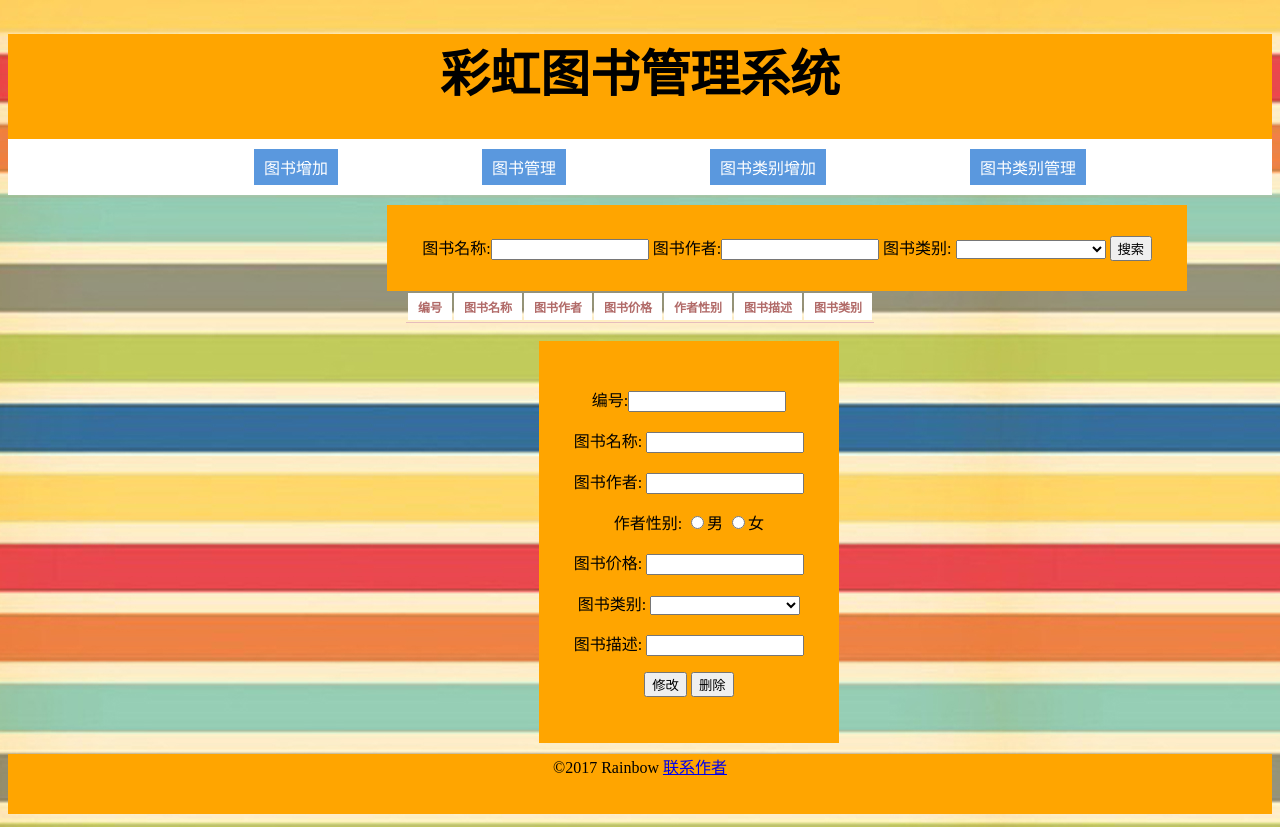
Repository: Rainbow-Chua/learningcode
Page: http://localhost/MyBookManager/BookManager.jsp
An editor plug-in stored every save of this project. The page is shown before and after the next save, followed by the edit.
The browser window is 1280 px wide. The pictures show the whole page.
The page is served by Tomcat 9. Other server files are loaded and not shown. Queries for data that is not in the repository find no rows.

Above is the page before, as saved 2017-11-23 13:40:39.

### MyBookManager/WebContent/BookManager.jsp
<%@ page language="java" contentType="text/html; charset=utf-8"
	pageEncoding="utf-8"%>
<%@ page language="java" import="java.util.*"%>
<%@ page import="java.sql.Connection"%>
<%@ page import="java.sql.ResultSet"%>
<%@ page import="com.rainbowpro.util.*"%>
<%@ page import="com.rainbowpro.dao.*"%>
<%@ page import="com.rainbowpro.model.*"%>
<!DOCTYPE html PUBLIC "-//W3C//DTD HTML 4.01 Transitional//EN" "http://www.w3.org/TR/html4/loose.dtd">
<html>
<head>
<style type="text/css">
div {
	text-align: center;
}

body {
	background-image: url("images/bgi.jpg");
	background-repeat: repeat;
}

h2 {
	text-align: center;
}
/* Border styles */
#table-2 thead, #table-2 tr {
	border-top-width: 1px;
	border-top-style: solid;
	border-top-color: rgb(230, 189, 189);
}

#table-2 tr:HOVER td {
	background-color: red;
}

#table-2 {
	border-bottom-width: 1px;
	border-bottom-style: solid;
	border-bottom-color: rgb(230, 189, 189);
}

/* Padding and font style */
#table-2 td, #table-2 th {
	padding: 5px 10px;
	font-size: 12px;
	font-family: Verdana;
	color: rgb(177, 106, 104);
}

/* Alternating background colors */
#table-2 tr:nth-child(even) {
	background: rgb(238, 211, 210)
}

#table-2 tr:nth-child(odd) {
	background: #FFF
}
</style>
</head>
<%@ include file="Headermain.jsp"%>
<body onload="IniEvent()">
	<div>
		<form action="bookmanager.do" method="get"
			style="background-color: orange; position: relative; width: 800px; left: 30%; padding-top: 30px; padding-bottom: 30px">
			<p style="display: inline;">
				图书名称:<input id="bookName" type="text" name="bookName"
					style="width: 150px;" />
			</p>
			<p style="display: inline;">
				图书作者:<input id="bookAuthor" type="text" name="bookAuthor"
					style="width: 150px;" />
			</p>
			<p style="display: inline;">
				图书类别: <select name="bookType" style="width: 150px;">
					<%
						DbUtil dbUtil = new DbUtil();
						BookTypeDao bookTypeDao = new BookTypeDao();
						Connection con = null;
						try {
							con = dbUtil.getCon();
							BookType bookType = null;
							ResultSet rs = bookTypeDao.list(con, new BookType());
							while (rs.next()) {
								bookType = new BookType();
								bookType.setId(rs.getInt("id"));
								bookType.setBookTypeName(rs.getString("bookTypeName"));
					%>
					<option
						value="<%=bookType.getBookTypeName()%>,<%=bookType.getId()%>"><%=bookType.getBookTypeName()%></option>
					<%
						}
						} catch (Exception e) {
							e.printStackTrace();
						} finally {
							try {
								dbUtil.close(con);
							} catch (Exception e) {
								e.printStackTrace();
							}
						}
					%>
				</select>
			</p>
			<p style="display: inline;">
				<input type="submit" value="搜索">
			</p>
		</form>
	</div>
	<%!ArrayList list = null;%>
	<%
		if (request.getAttribute("list") != null) {
			list = (ArrayList) request.getAttribute("list");
		}
	%>
	<table id="table-2" align="center">
		<tr>
			<th>编号</th>
			<th>图书名称</th>
			<th>图书作者</th>
			<th>图书价格</th>
			<th>作者性别</th>
			<th>图书描述</th>
			<th>图书类别</th>
		</tr>
		<%
			if (list != null) {
				for (int i = 0; i < list.size(); i++) {
					Book book = (Book) list.get(i);
		%>
		<tr>
			<th><%=book.getId()%></th>
			<th><%=book.getBookName()%></th>
			<th><%=book.getAuthor()%></th>
			<th><%=book.getPrice()%></th>
			<th><%=book.getSex()%></th>
			<th><%=book.getBookDesc()%></th>
			<th><%=book.getBookTypeName()%></th>
		</tr>
		<%
			}
		}
		%>
	</table>
	<br>
	<div>
		<form action="bookmanager.do" method="post"
			onsubmit="return checkForm(this);"
			style="background-color: orange; position: relative; left: 42%; width: 300px;padding-top: 30px; padding-bottom: 30px ">
			<p>
				编号:<input id="bookId" name="bookId" type="text" readonly="readonly" style="width: 150px;">
			</p>
			<p>
				图书名称: <input id="bookName1" type="text" name="bookName1"
					style="width: 150px;" />
			</p>
			<p>
				图书作者: <input id="bookAuthor1" type="text" name="bookAuthor1"
					style="width: 150px;" />
			</p>
			<p>
				作者性别: <label style="width: 150px;"><input id="male" name="Sex" type="radio" value="男 "/>男 </label> <label><input
					id="female" name="Sex" type="radio" value="女" />女 </label>
			</p>
			<p>
				图书价格: <input id="bookPrice1" type="text" name="bookPrice1"
					style="width: 150px;" />
			</p>
			<p>
				图书类别:
				<select id="bookType1" name="bookType1" style="width: 150px;">
				<%
				try{
					con = dbUtil.getCon();
					BookType bookType = null;
					ResultSet rs = bookTypeDao.list(con, new BookType());
					while(rs.next()){
						bookType = new BookType();
						bookType.setId(rs.getInt("id"));
						bookType.setBookTypeName(rs.getString("bookTypeName"));
				%>
						<option value="<%= bookType.getBookTypeName()%>,<%= bookType.getId()%>"><%= bookType.getBookTypeName() %></option>
				<%
					}
				}catch(Exception e){
					e.printStackTrace();
				}finally{
					try {
						dbUtil.close(con);
					} catch (Exception e) {
						e.printStackTrace();
					}
				}
				%>
				</select>
			</p>
			<p>
				图书描述: <input id="bookDec1" type="text" name="bookDec1" style="width: 150px;">
			</p>


			<p>
				<input type="submit" name="modify" value="修改"> <input type="submit" name="delete" value="删除">
			</p>
		</form>
	</div>
	<script type="text/javascript">
		function IniEvent() {
			var tbl = document.getElementById("table-2");
			var trs = tbl.getElementsByTagName("tr");
			for (var i = 0; i < trs.length; i++) {
				trs[i].onclick = TrOnClick;
			}
		}
		function TrOnClick() {
			var tbl = document.getElementById("table-2");
			var trs = tbl.getElementsByTagName("tr");
			for (var i = 1; i < trs.length; i++) {
				if (trs[i] == this) { //判断是不是当前选择的行
					trs[i].style.background = "yellow";
					var x=document.getElementById('table-2').rows[i].cells;
					document.getElementById("bookId").setAttribute("value", x[0].innerHTML);
					document.getElementById("bookName1").setAttribute("value", x[1].innerHTML);
					document.getElementById("bookAuthor1").setAttribute("value", x[2].innerHTML);
					document.getElementById("bookPrice1").setAttribute("value", x[3].innerHTML);
					//alert(x[4].innerHTML);
					var male = "男";
					if(x[4].innerHTML == male){
						document.getElementById("male").checked = true;
						document.getElementById("female").checked = false;
					} else {
						document.getElementById("female").checked = true;
						document.getElementById("male").checked = false;
					}
					document.getElementById("bookDec1").setAttribute("value", x[5].innerHTML);
					var all_options = document.getElementById("bookType1").options;
					for (var q=0; q<all_options.length; q++){
					     if (all_options[q].value.indexOf(x[6].innerHTML) >= 0){
					        all_options[q].selected = true;
					     }
					}
				} else {
					if(i%2 == 0){
						trs[i].style.background = "white";
					} else {
						trs[i].style.background = "rgb(238, 211, 210)";
					}
				}
			}
		}
	</script>
</body>
<%@ include file="Footer.jsp"%>
</html>

### MyBookManager/WebContent/Headermain.jsp
<%@ page language="java" contentType="text/html; charset=utf-8"
	pageEncoding="utf-8"%>
<!DOCTYPE html PUBLIC "-//W3C//DTD HTML 4.01 Transitional//EN" "http://www.w3.org/TR/html4/loose.dtd">
<html>
<head>
<style type="text/css">
.h {
	width: 100%;
	background: orange;
	color: black;
	text-align: center;
	text-shadow: silver;
}
.menus {
    z-index: 2;
    margin: 10px 0;
    background: #fff;
}
.g-gc {
    display: inline-block;
    vertical-align: top;
    margin: 10px;
    margin-left: 130px;
    padding:6px;
    padding-left: 10px;
    padding-right: 10px;
    background: #5a98de;
    position:relative;
    right: 50px;
}
.a-1 {
    color: #fff;
    text-decoration: none;
    outline: 0;
}
.a-1:HOVER {
	text-decoration: underline;
}
</style>
</head>
<body>
	<div class="h">
		<h1 style="font-size: 50px; font-weight: bold; color: black;">彩虹图书管理系统</h1>
		<ul class="menus">
			<li class="g-gc"><a href="addBook.jsp" class="a-1">图书增加</a></li>
			<li class="g-gc"><a href="BookManager.jsp" class="a-1">图书管理</a></li>
			<li class="g-gc"><a href="addBookType.jsp" class="a-1">图书类别增加</a></li>
			<li class="g-gc"><a href="BookTypeManager.jsp" class="a-1">图书类别管理</a></li>
		</ul>
	</div>
</body>
</html>

### MyBookManager/WebContent/Footer.jsp
<%@ page language="java" contentType="text/html; charset=utf-8"
    pageEncoding="utf-8"%>
<!DOCTYPE html PUBLIC "-//W3C//DTD HTML 4.01 Transitional//EN" "http://www.w3.org/TR/html4/loose.dtd">
<html>
<head>
<style type="text/css">
.f {
	width: 100%;
	height: 60px;
	background: orange;
	color: black;
	text-align: center;
	text-shadow: silver;
	position: relative;
	bottom: 5px;
}
</style>
</head>
<body>
	<div class="f">
		<p id="cp">©2017&nbsp;Rainbow&nbsp;<a href="mailto:caihong@stu.shmtu.edu.cn">联系作者</a></p>
	</div>
</body>
</html>

### MyBookManager/src/com/rainbowpro/model/BookType.java
package com.rainbowpro.model;

public class BookType {

	private int id;
	private String bookTypeName;
	private String bookTypeDesc;

	public BookType() {
		super();
		// TODO Auto-generated constructor stub
	}
	public BookType(String bookTypeName, String bookTypeDesc) {
		super();
		this.bookTypeName = bookTypeName;
		this.bookTypeDesc = bookTypeDesc;
	}

	public BookType(int id, String bookTypeName, String bookTypeDesc) {
		super();
		this.id = id;
		this.bookTypeName = bookTypeName;
		this.bookTypeDesc = bookTypeDesc;
	}
	public int getId() {
		return id;
	}
	public void setId(int id) {
		this.id = id;
	}
	public String getBookTypeName() {
		return bookTypeName;
	}
	public void setBookTypeName(String bookTypeName) {
		this.bookTypeName = bookTypeName;
	}
	public String getBookTypeDesc() {
		return bookTypeDesc;
	}
	public void setBookTypeDesc(String bookTypeDesc) {
		this.bookTypeDesc = bookTypeDesc;
	}
	@Override
	public String toString() {
		return bookTypeName;
	}

}

### MyBookManager/src/com/rainbowpro/util/StringUtil.java
package com.rainbowpro.util;
/**
 * 俚륜눔묏야잚
 * @author Useradmin
 *
 */
public class StringUtil {

	public static boolean isEmpty(String str){
		if(str == null || "".equals(str.trim())){
			return true;
		}else{
			return false;
		}
	}

	public static boolean isNotEmpty(String str){
		if(str != null && !"".equals(str)){
			return true;
		}else{
			return false;
		}
	}
}

After the next save:
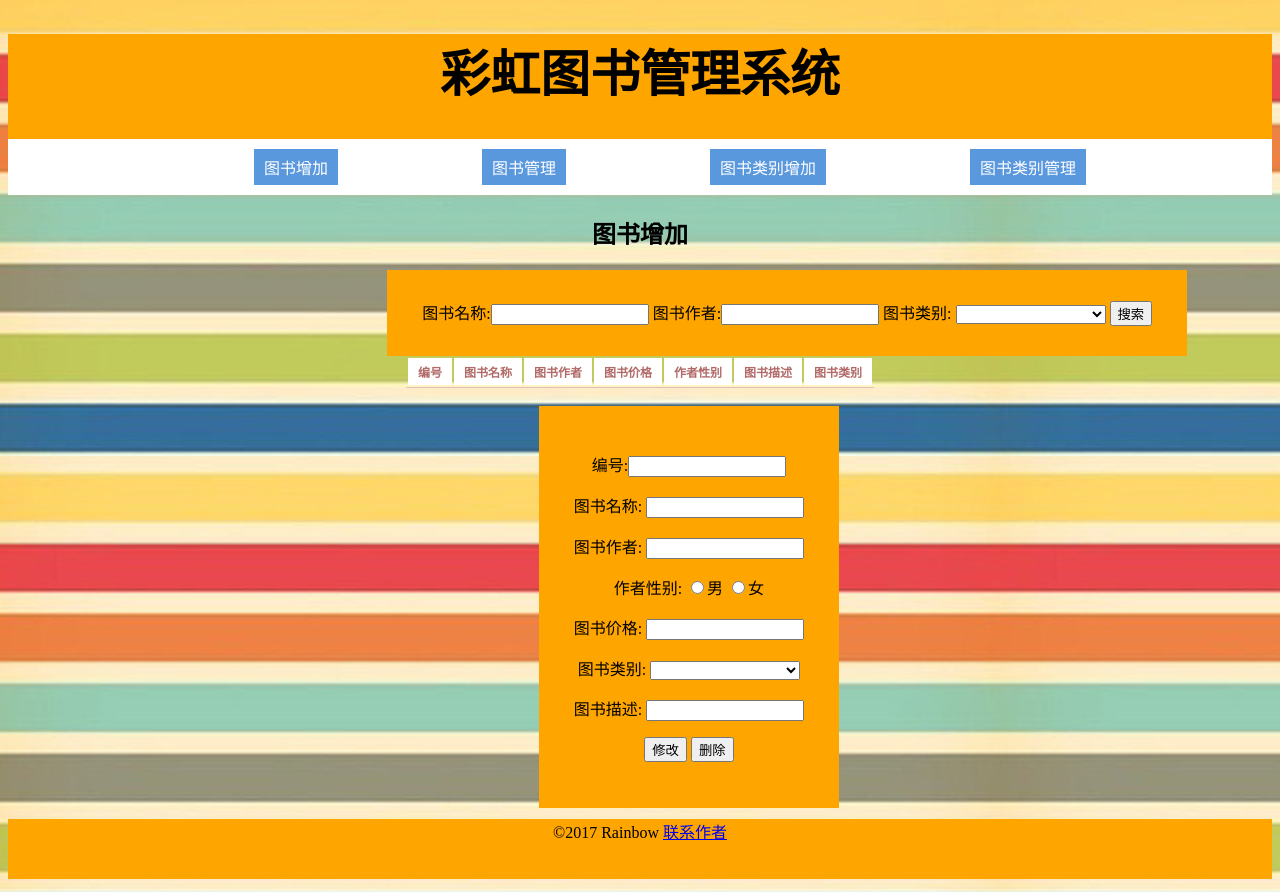
Saved 74 s later.
--- a/MyBookManager/WebContent/BookManager.jsp
+++ b/MyBookManager/WebContent/BookManager.jsp
@@ -59,6 +59,7 @@ h2 {
 </head>
 <%@ include file="Headermain.jsp"%>
 <body onload="IniEvent()">
+<h2 style = "text-align: center">图书增加</h2>
 	<div>
 		<form action="bookmanager.do" method="get"
 			style="background-color: orange; position: relative; width: 800px; left: 30%; padding-top: 30px; padding-bottom: 30px">
